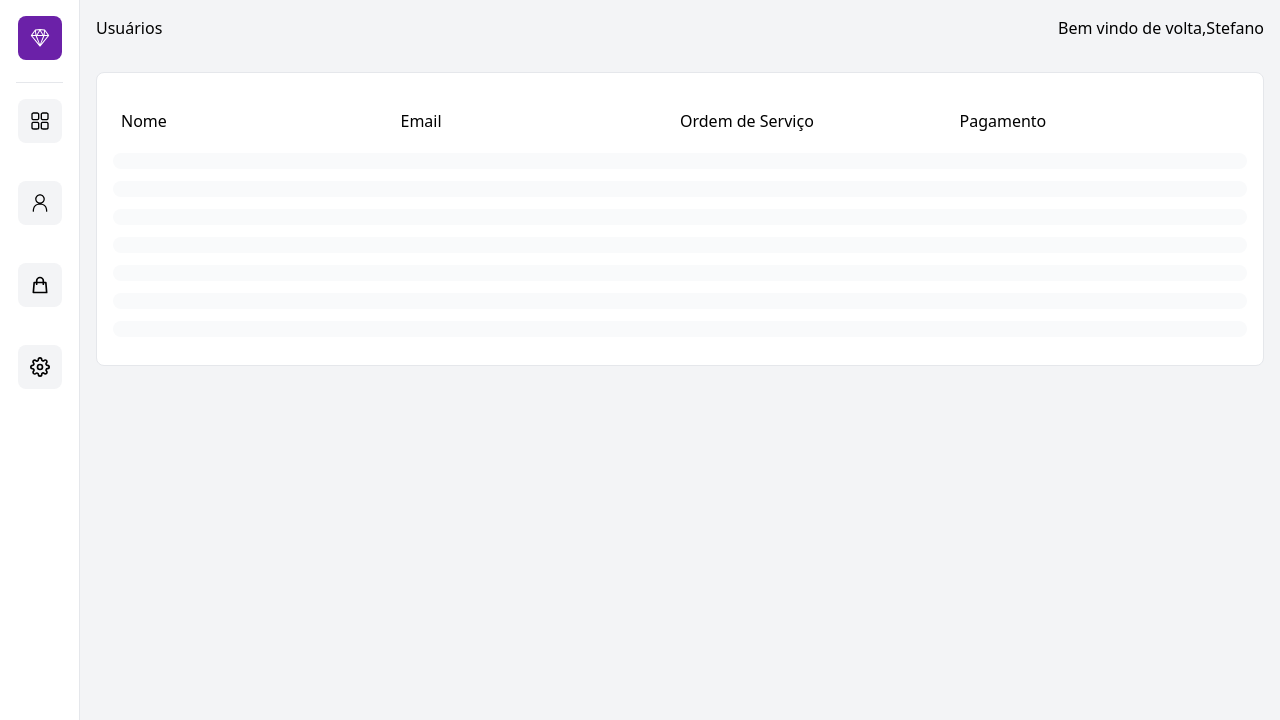
Repository: stefanosousaa/dashboard-next13
Page: /costumers
These files come from the project's save history. The page is drawn as it stood at one moment and after the next save; the edit follows.
The browser window is 1280 px wide. The pictures show the whole page.
The project was rebuilt for these pictures with package versions that can differ from the ones it lists, and the page was loaded fresh each time. The framework's server and built-in components were replaced by stand-ins that run in the browser. Also part of the build but not shown: next.config.js.

Above is the page before, as saved 2023-05-16 19:25:27.

### pages/_app.js
import Sidebar from '@/components/Sidebar'
import '@/styles/globals.css'

export default function App({ Component, pageProps }) {
  return (
    <Sidebar>
        <Component {...pageProps} />
    </Sidebar>

  )
}

### pages/costumers.jsx
import React from 'react'
import {BsPersonFill, BsThreeDotsVertical} from 'react-icons/bs'
import {data} from '../data/data.js'

const costumers = () => {
  return (
    <div className='bg-gray-100 min-h-screen'>
        <div className='flex justify-between p-4'>
            <h2>Usuários</h2>
            <h2>Bem vindo de volta,Stefano</h2>
        </div>
        <div className='p-4'>
            <div className='w-full m-auto p-4 border rounded-lg bg-white overflow-y-auto'>
              <div className='my-3 p-2 grid md:grid-cols-4 sm:grid-cols-3 grid-cols-2 items-center justify-between cursor-pointer'>
                <span>Nome</span>
                <span className='sm:text-left text-right'>Email</span>
                <span className='hidden md:grid'>Ordem de Serviço</span>
                <span className='hidden sm:grid'>Pagamento </span>
              </div>
              <ul>
                {data.map((order,id) => (
                    <li key={id} className='bg-gray-50 hover:bg-gray-100 rounded-lg my-3 p-2 grid md:grid-cols-4 sm:grid-cols-3 grid-cols-2 items-center justify-between cursor-pointer'>

                    </li>
                ))}
              </ul>
            </div>
        </div>
    </div>
  )
}

export default costumers

### components/Sidebar.jsx
import Link from 'next/link'
import Image from 'next/image'
import React from 'react'
import {RxSketchLogo,RxDashboard, RxPerson} from 'react-icons/rx'
import {FiSettings} from 'react-icons/fi'
import {HiOutlineShoppingBag} from 'react-icons/hi'

const Sidebar = ({children}) => {
  return (
    <div className='flex'>
        <div className='fixed w-20 h-screen p-4 bg-white border-r-[1px] flex flex-col justify-between'>
        <div className='flex flex-col items-center'>

          <Link href='/'>
            <div className='bg-purple-800 text-white p-3 rounded-lg inline-block'>
              <RxSketchLogo size={20}/>
            </div>
          </Link>
          <span className='border-b-[1px] border-gray-200 w-full p-2'></span>
          <Link href='/'>
            <div className='bg-gray-100 hover:bg-gray-200 cursor-pointer my-4 p-3 rounded-lg inline-block'>
              <RxDashboard size={20}/>
            </div>
          </Link>
          <Link href='/costumers'>
            <div className='bg-gray-100 hover:bg-gray-200 cursor-pointer my-4 p-3 rounded-lg inline-block'>
              <RxPerson size={20}/>
            </div>
          </Link>
          <Link href='/orders'>
            <div className='bg-gray-100 hover:bg-gray-200 cursor-pointer my-4 p-3 rounded-lg inline-block'>
              <HiOutlineShoppingBag size={20}/>
            </div>
          </Link>
          <Link href='/'>
            <div className='bg-gray-100 hover:bg-gray-200 cursor-pointer my-4 p-3 rounded-lg inline-block'>
              <FiSettings size={20}/>
            </div>
          </Link>
        </div>
        </div>

        <main className='ml-20 w-full'>{children}</main>
    </div>
  )
}

export default Sidebar

### data/data.js
export const data = [
    {
        id:1,
        name: {
            first: 'Stefano',
            last: 'Sousa',
        },
        total: 2147.00,
        status: 'On Hold',
        method: 'PayPal',
        date: '15 minutos atrás',
    },
    {
        id:2,
        name: {
            first: 'Stefano',
            last: 'Sousa',
        },
        total: 2147.00,
        status: 'On Hold',
        method: 'PayPal',
        date: '15 minutos atrás',
    },
    {
        id:3,
        name: {
            first: 'Stefano',
            last: 'Sousa',
        },
        total: 2147.00,
        status: 'On Hold',
        method: 'PayPal',
        date: '15 minutos atrás',
    },
    {
        id:4,
        name: {
            first: 'Stefano',
            last: 'Sousa',
        },
        total: 2147.00,
        status: 'On Hold',
        method: 'PayPal',
        date: '15 minutos atrás',
    },
    {
        id:5,
        name: {
            first: 'Stefano',
            last: 'Sousa',
        },
        total: 2147.00,
        status: 'On Hold',
        method: 'PayPal',
        date: '15 minutos atrás',
    },
    {
        id:6,
        name: {
            first: 'Stefano',
            last: 'Sousa',
        },
        total: 2147.00,
        status: 'On Hold',
        method: 'PayPal',
        date: '15 minutos atrás',
    },
    {
        id:7,
        name: {
            first: 'Stefano',
            last: 'Sousa',
        },
        total: 2147.00,
        status: 'On Hold',
        method: 'PayPal',
        date: '15 minutos atrás',
    },
]

Loaded but not shown: pages/_document.js (common file); styles/globals.css (common file); tailwind.config.js (common file)

After the next save:
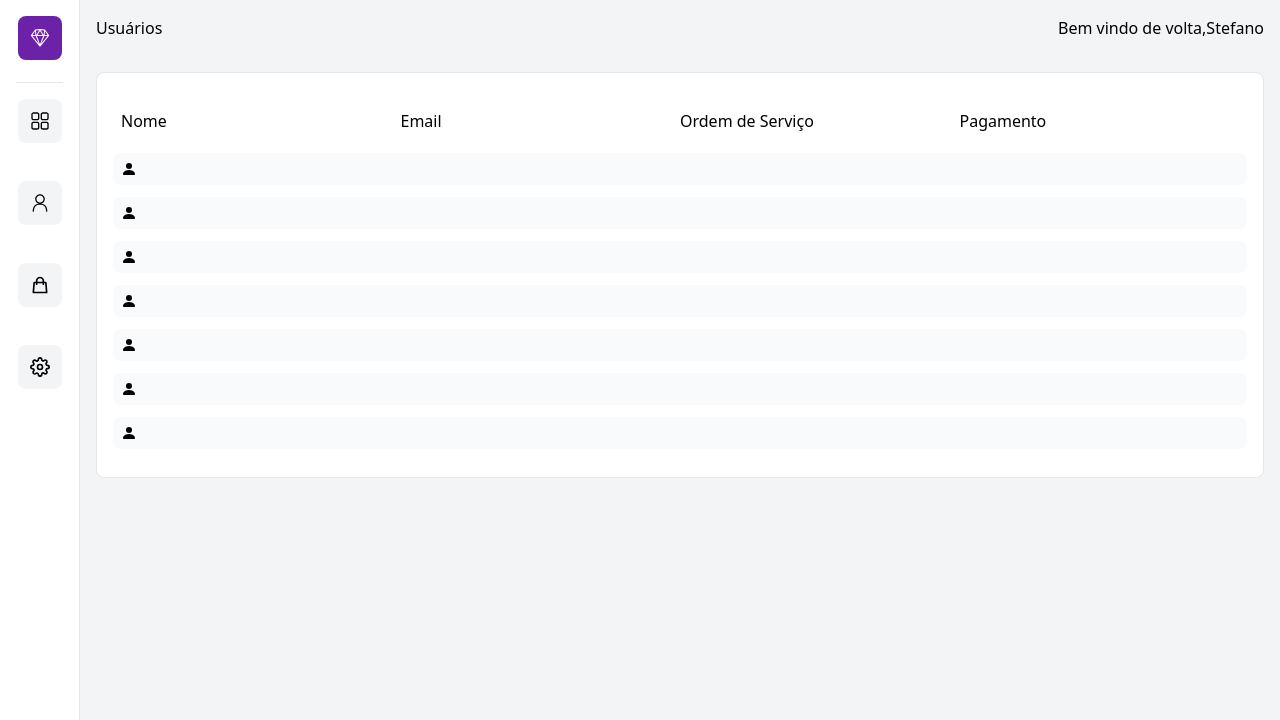
Saved 35 s later.
--- a/pages/costumers.jsx
+++ b/pages/costumers.jsx
@@ -20,7 +20,9 @@ const costumers = () => {
               <ul>
                 {data.map((order,id) => (
                     <li key={id} className='bg-gray-50 hover:bg-gray-100 rounded-lg my-3 p-2 grid md:grid-cols-4 sm:grid-cols-3 grid-cols-2 items-center justify-between cursor-pointer'>
-
+                      <div>
+                        <BsPersonFill/>
+                      </div>
                     </li>
                 ))}
               </ul>
